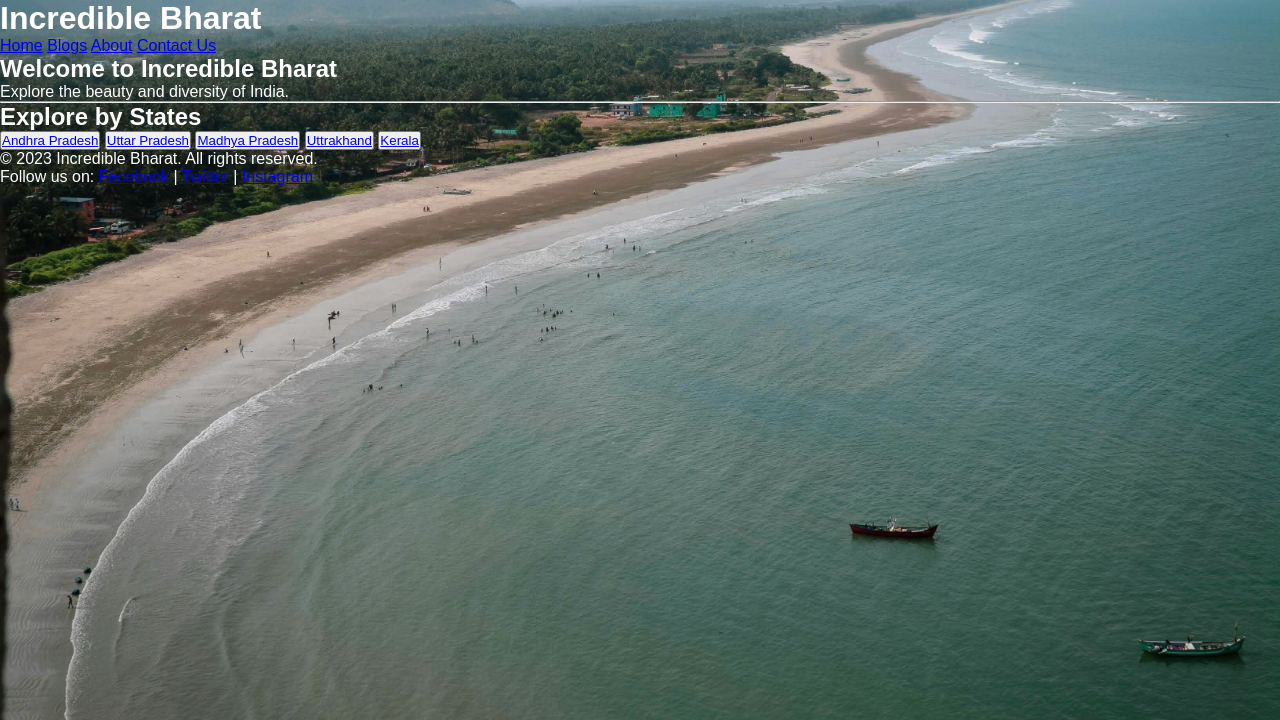
Repository: jaidhiman111/incrediblebharat
Page: index.html
An editor plug-in stored every save of this project. The page is shown before and after the next save, followed by the edit.
The browser window is 1280 px wide. The pictures show the whole page.

Above is the page before, as saved 2025-04-30 21:29:51.

After the next save:
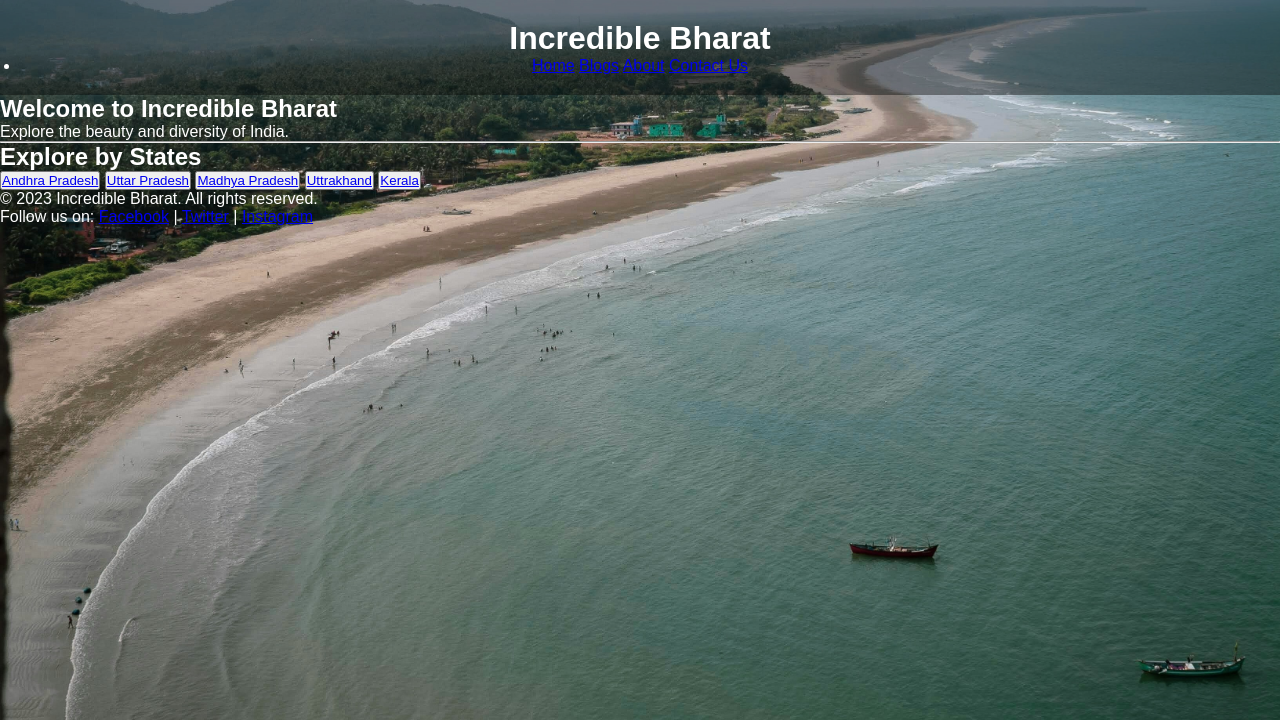
Saved 25 s later.
--- a/assets/style.css
+++ b/assets/style.css
@@ -12,3 +12,9 @@ body {
     background-position: center;
     color: #fff;
 }
+
+.header {
+    background-color: rgba(0, 0, 0, 0.4);
+    padding: 20px;
+    text-align: center;
+}
